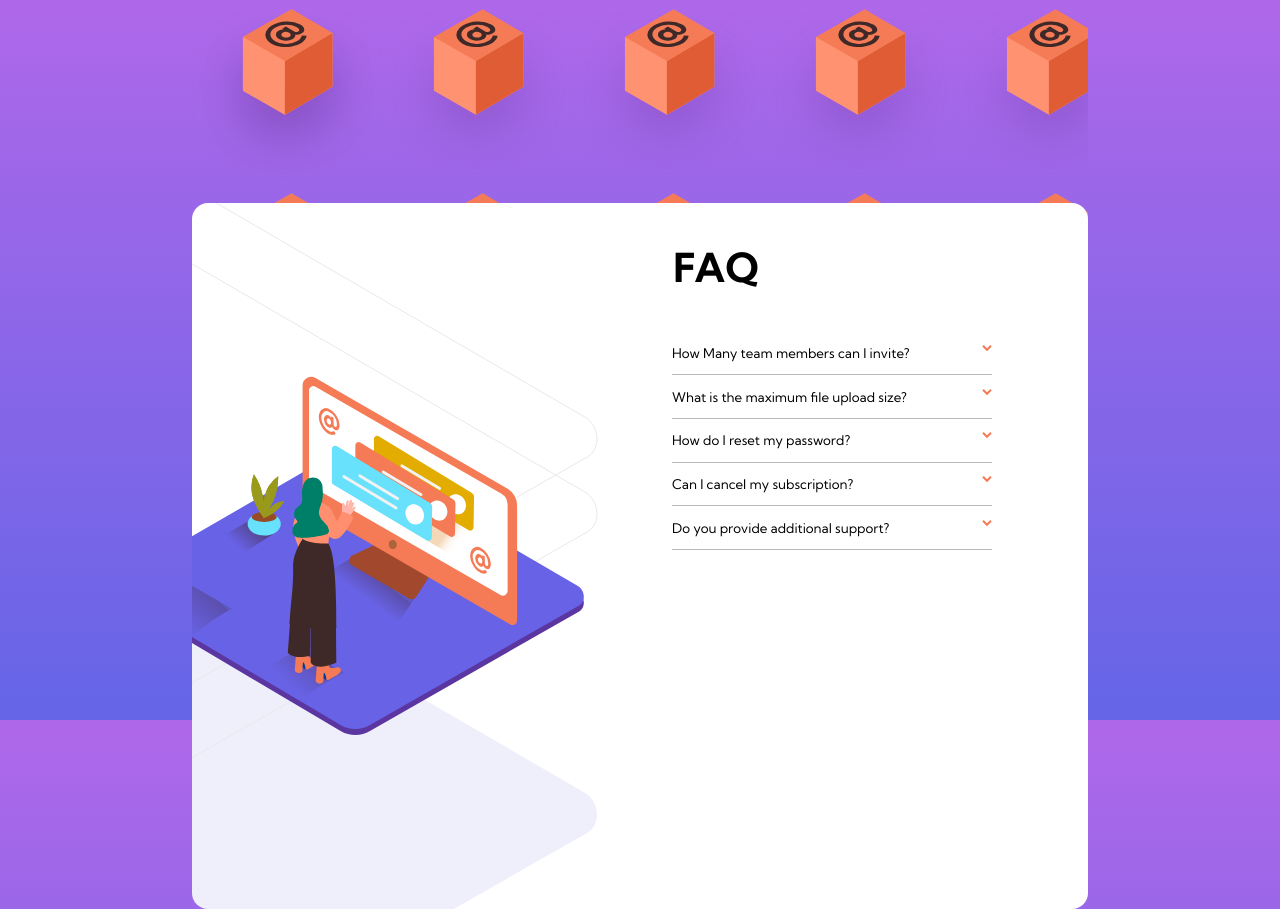
Repository: ryanwilll/ProjetoFAQ
Page: index.html
These files come from the project's save history. The page is drawn as it stood at one moment and after a run of saves; the edit follows.
The browser window is 1280 px wide. The pictures show the whole page.

Above is the page before, as saved 2022-10-28 12:34:28.

### index.html
<!DOCTYPE html>
<html lang="pt-br">

<head>
  <meta charset="UTF-8">
  <meta name="viewport" content="width=device-width, initial-scale=1.0">
  <!-- displays site properly based on user's device -->
  <link rel="preconnect" href="https://fonts.googleapis.com">
  <link rel="preconnect" href="https://fonts.gstatic.com" crossorigin>
  <link rel="preconnect" href="https://fonts.googleapis.com">
  <link rel="preconnect" href="https://fonts.gstatic.com" crossorigin>
  <link href="https://fonts.googleapis.com/css2?family=Kumbh+Sans:wght@400;700&display=swap" rel="stylesheet">
  <link rel="icon" type="image/png" sizes="32x32" href="./images/favicon-32x32.png">
  <link rel="stylesheet" href="./css/style.css">
  <link rel="stylesheet" href="./css/allmedia.css">
  <title>Frontend Mentor | FAQ Accordion Card</title>

  <!-- Feel free to remove these styles or customise in your own stylesheet 👍 -->
</head>

<body>

  <main class="container">
    <img class="Box-Imagem" src="./images/illustration-box-desktop.svg" alt="Box da Imagem">

    <div class="card-white">
      <div class="imgs">
        <img class="img-principal" src="./images/illustration-woman-online-mobile.svg" alt="Ilustração Mobile">
        <img class="sombra-img-principal" src="./images/bg-pattern-mobile.svg" alt="Sombreamento da Imagem">
      </div>

      <h1 class="FAQ">FAQ</h1>
      <div class="faq-menu">

        <div class="text">
          <button class="button-answer">
            <div class="question"> How Many team members can I invite?<img class="seta"
                src="./images/icon-arrow-down.svg" alt="Seta para baixo"></div>

          </button>
          <p class="answer"> You can invite up to 2 additional users on the Free plan. There is no limit on team
            members
            for the Premium
            plan.</p>
        </div>
        <div class="text">
          <button class="button-answer">
            <div class="question"> What is the maximum file upload size?<img class="seta"
                src="./images/icon-arrow-down.svg" alt="Seta para baixo"></div>

          </button>
          <p class="answer"> No more than 2GB. All files in your account must fit your allotted storage space.</p>
        </div>
        <div class="text">
          <button class="button-answer">
            <div class="question"> How do I reset my password?<img class="seta" src="./images/icon-arrow-down.svg"
                alt="Seta para baixo"></div>

          </button>
          <p class="answer"> Click “Forgot password” from the login page or “Change password” from your profile page.
            A reset link will be emailed to you.</p>
        </div>
        <div class="text">
          <button class="button-answer">
            <div class="question"> Can I cancel my subscription?<img class="seta" src="./images/icon-arrow-down.svg"
                alt="Seta para baixo"></div>

          </button>
          <p class="answer"> Yes! Send us a message and we’ll process your request no questions asked.</p>
        </div>
        <div class="text">
          <button class="button-answer">
            <div class="question"> Do you provide additional support?<img class="seta"
                src="./images/icon-arrow-down.svg" alt="Seta para baixo"></div>

          </button>
          <p class="answer"> You can invite up to 2 additional users on the Free plan. There is no limit on team
            members
            for the Premium
            plan.</p>
        </div>
      </div>

    </div>
  </main>
  <script src="./src/index.js"></script>
</body>

</html>

### css/style.css
@charset "UTF-8";
input,
textarea,
button,
select,
a {
  -webkit-tap-highlight-color: rgba(0, 0, 0, 0);
}
/*Versão Mobile First*/
* {
  font-family: "Kumbh Sans", sans-serif;
  margin: 0px;
  padding: 0px;
  box-sizing: border-box;
}

body {
  background: linear-gradient(hsl(273, 75%, 66%) 80%, hsl(240, 73%, 65%));
  background: linear-gradient(hsl(273, 75%, 66%) 80%, hsl(240, 73%, 65%));
  background-repeat: no-repeat;
  position: relative;
  height: 100vh;
  width: 100vw;
}

.card-white {
  background-color: white;
  width: 90vw;
  max-height: 100vh;
  margin: 10em auto;
  border-radius: 1em;
  padding-bottom: 5em;
}

.card-white .imgs {
  position: relative;
  width: 50vw;
  margin: auto;
  top: -5.5em;
  z-index: 1;
}

.card-white .imgs .sombra-img-principal {
  position: relative;
  width: 50vw;
  margin: auto;
  top: -4.5em;
  z-index: -1;
}
.card-white .FAQ {
  font-size: 2.5em;
  text-align: center;
  font-weight: 600;
  margin: -3em 0em 1em;
}

.card-white button {
  border-style: none;
  text-align: left;
  background-color: transparent;
  transition: color ease-in-out 0.2s;
  justify-content: space-between;
  cursor: pointer;
  width: 80vw;
}

.card-white button img {
  position: relative;
  float: right;
  margin: auto;
}

.imgs-desktop {
  display: none;
}

.card-white button:hover {
  color: orange;
}

.card-white .faq-menu .text .question {
  width: 80vw;
  margin: 1em 0em;
}

.card-white .answer {
  visibility: hidden;
  height: 0;
  transition: height 0.5s ease;
}
.card-white .faq-menu .text {
  border-bottom: 1px solid rgb(187, 186, 186);
  width: 80vw;
  margin: auto;
}

.card-white .faq-menu .text.active .question {
  font-weight: bold;
}

.card-white .faq-menu .text.active .answer {
  visibility: visible;
  height: 2.4em;
  margin: 0.5em 0em;
  width: 75vw;
  font-size: 0.7em;
  margin-bottom: 2em;
  animation: fade 1s ease-in-out;
}

.card-white .faq-menu .text.active .seta {
  transform: rotate(180deg);
}
.seta {
  transition: transform 0.5s ease-in;
}

@keyframes fade {
  from {
    opacity: 0;
    transform: translateY(-10px);
  }
  to {
    opacity: 1;
    transform: translateY(0px);
  }
}

### css/allmedia.css
@media screen and (min-width: 600px) and (max-width: 768px) {
  body {
    background: linear-gradient(hsl(273, 75%, 66%) 80%, hsl(240, 73%, 65%));
    background: linear-gradient(hsl(273, 75%, 66%) 80%, hsl(240, 73%, 65%));
    background-repeat: no-repeat;
    position: relative;
    height: 100vh;
    width: 100vw;
  }
  .card-white {
    max-height: 100%;
    margin: 13em auto;
    border-radius: 1em;
    padding-bottom: 5em;
  }
  .card-white .imgs {
    top: -10.5em;
  }

  .card-white .imgs .sombra-img-principal {
    top: -7.5em;
  }
  .card-white .FAQ {
    font-size: 3.5em;
    margin: -5em 0em 1em;
  }

  .card-white button img {
    width: 1.5em;
    height: 1em;
  }
  .card-white .faq-menu .text .question {
    font-size: 2em;
  }
  .card-white .faq-menu .text.active .answer {
    font-size: 1.5em;
  }
}

@media screen and (min-width: 769px) and (max-width: 992px) {
  body {
    background: linear-gradient(hsl(273, 75%, 66%) 80%, hsl(240, 73%, 65%));
    background: linear-gradient(hsl(273, 75%, 66%) 80%, hsl(240, 73%, 65%));
    background-repeat: no-repeat;
    position: relative;
    height: 100%;
    width: 100%;
  }
  .card-white {
    max-height: 100%;
    margin: 15em auto;
    border-radius: 1em;
    padding-bottom: 5em;
  }
  .card-white .imgs {
    top: -10.5em;
  }

  .card-white .imgs .sombra-img-principal {
    top: -7.5em;
  }
  .card-white .FAQ {
    font-size: 4em;
    margin: -3em 0em 1em;
  }
  .card-white button img {
    width: 1.5em;
    height: 1em;
  }
  .card-white .faq-menu .text .question {
    font-size: 2em;
  }
  .card-white .faq-menu .text.active .answer {
    font-size: 1.5em;
  }
}

@media screen and (min-width: 993px) and (max-width: 1200px) {
  body {
    background: linear-gradient(hsl(273, 75%, 66%) 80%, hsl(240, 73%, 65%));
    background: linear-gradient(hsl(273, 75%, 66%) 80%, hsl(240, 73%, 65%));
    background-repeat: no-repeat;
    position: relative;
    height: 100%;
    width: 100%;
  }
  .card-white {
    max-height: 100%;
    margin: 15em auto;
    border-radius: 1em;
    padding-bottom: 5em;
  }
  .card-white .imgs {
    top: -16.5em;
  }

  .card-white .imgs .sombra-img-principal {
    top: -11.5em;
  }
  .card-white .FAQ {
    font-size: 5em;
    margin: -5.5em 0em 1em;
  }
  .card-white button img {
    width: 1.5em;
    height: 1em;
  }
  .card-white .faq-menu .text .question {
    font-size: 2.3em;
  }
  .card-white .faq-menu .text.active .answer {
    font-size: 1.7em;
  }
}

@media screen and (min-width: 1201px) {
  body {
    margin: 0;
    height: 100%;
    min-height: 100vh;
    max-width: 100vw;
    background: linear-gradient(hsl(273, 75%, 66%), hsl(240, 73%, 65%));
    display: grid;
    justify-content: center;
    align-content: center;
    overflow-x: hidden;
  }
  .imgs {
    display: none;
  }

  .card-white {
    position: relative;
    background-color: white;
    min-height: 70vh;
    height: 100%;
    width: 70vw;
    margin: 8em auto 0.4em auto;
    border-radius: 1em;
    padding-bottom: 5em;
    box-sizing: border-box;

    background: url(../images/illustration-woman-online-desktop.svg) center left -5em
        no-repeat,
      url(../images/bg-pattern-desktop.svg) bottom -11em left -35em no-repeat;
    background-color: white;
  }

  .container {
    z-index: 1;
    background: url(../images/illustration-box-desktop.svg);
  }

  .card-white .FAQ {
    font-size: 2.5em;
    font-weight: 600;
    padding-top: 1em;
    box-sizing: border-box;
    margin-left: 3.8em;
  }
  .card-white .faq-menu .text {
    border-bottom: 1px solid rgb(187, 186, 186);
    width: 25vw;
    margin-right: 6em;
  }
  .card-white button {
    width: 25vw;
  }
  .card-white button img {
    margin: auto;
  }
  .card-white .faq-menu .text .question {
    width: 25vw;
  }
  .card-white .faq-menu .text .answer {
    max-width: 25vw;
  }
}

### src/index.js
const faqs = document.querySelectorAll(".text");

faqs.forEach((faq) => {
  faq.addEventListener("click", () => {
    faq.classList.toggle("active");
  });
});

After the next 3 saves:
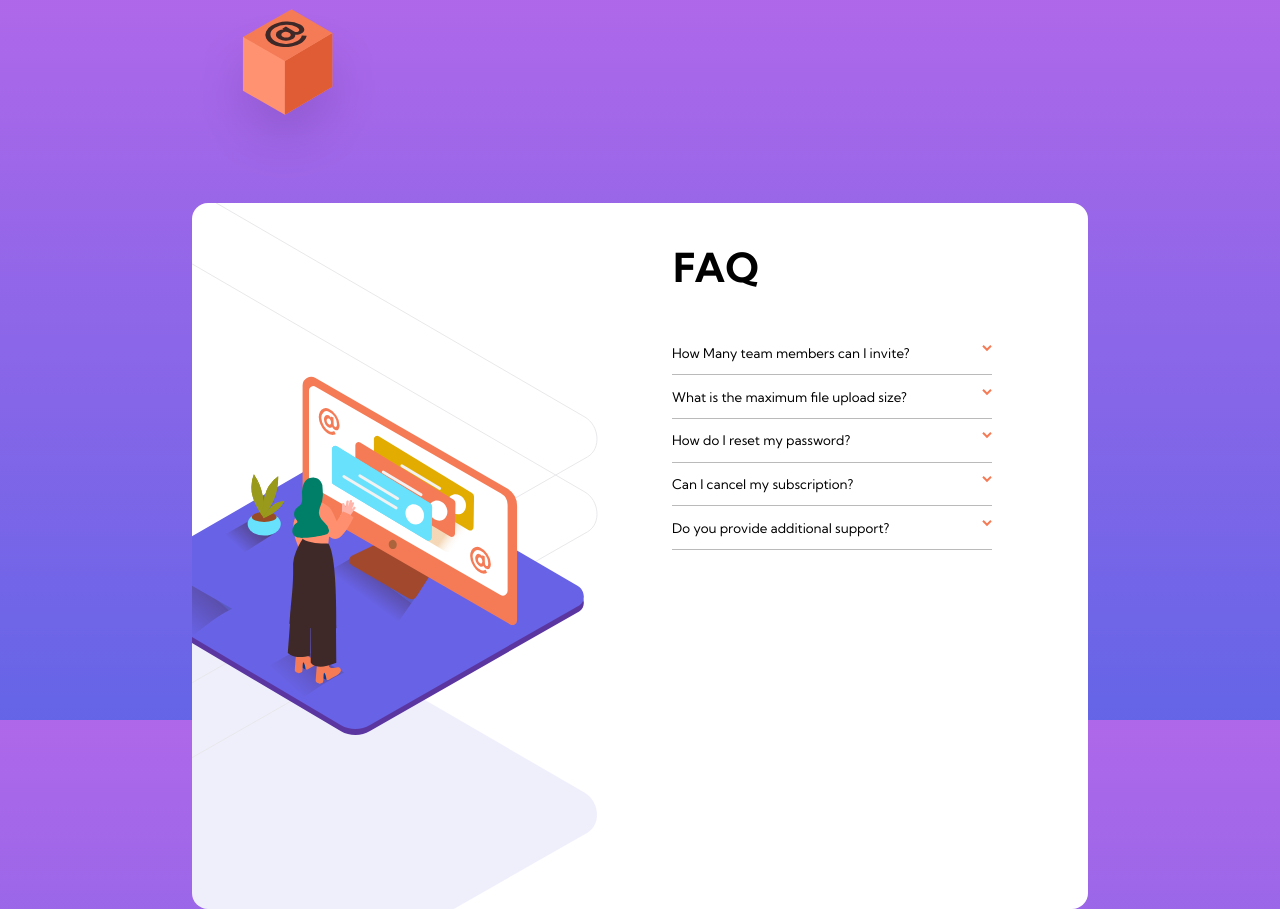
The 3 saves are shown as one change because they came seconds apart.
The last was saved 9 s later.
--- a/css/allmedia.css
+++ b/css/allmedia.css
@@ -147,8 +147,6 @@
   }
 
   .container {
-    z-index: 1;
-    background: url(../images/illustration-box-desktop.svg);
   }
 
   .card-white .FAQ {
